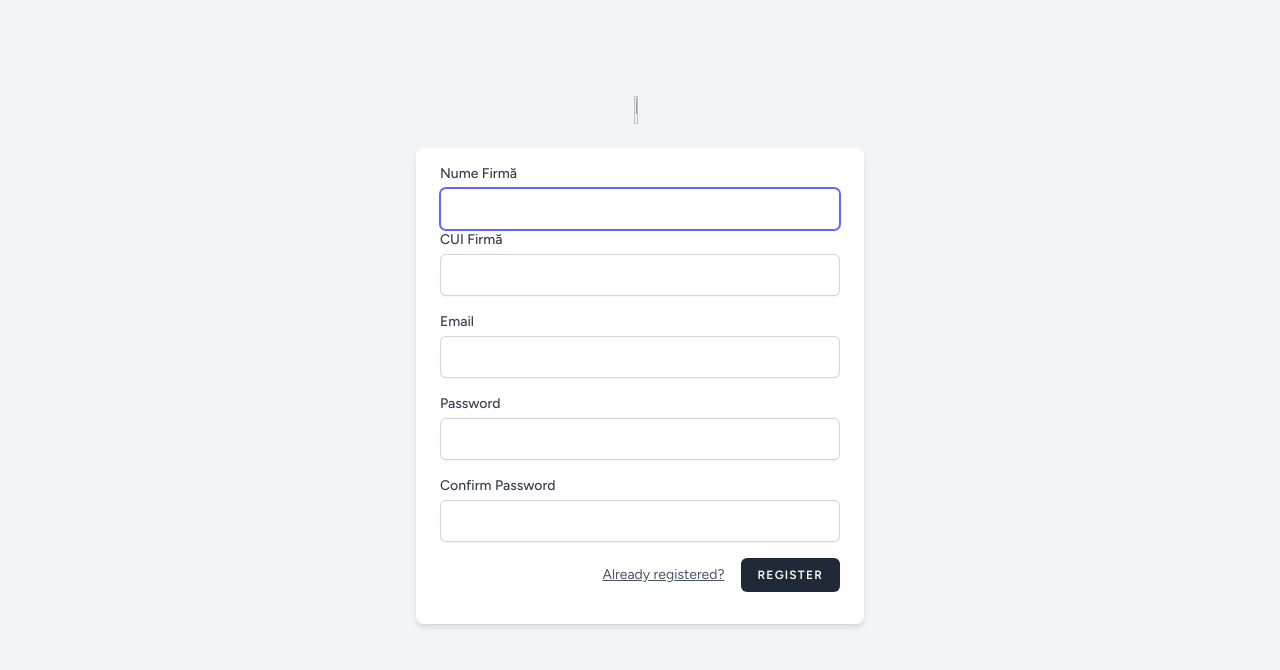
Repository: cosmin05072018/fantastic-events-manager
Page: http://localhost/register
An editor plug-in stored every save of this project. The page is shown before and after the next save, followed by the edit.
The browser window is 1280 px wide. The pictures show the whole page.
The page is served by the project's Laravel application, run on PHP 8.4 with Laravel 10. Style sheets and scripts are compiled from the project's sources, by tool versions that may differ from the author's.

Above is the page before, as saved 2024-11-03 18:00:01.

After the next save:
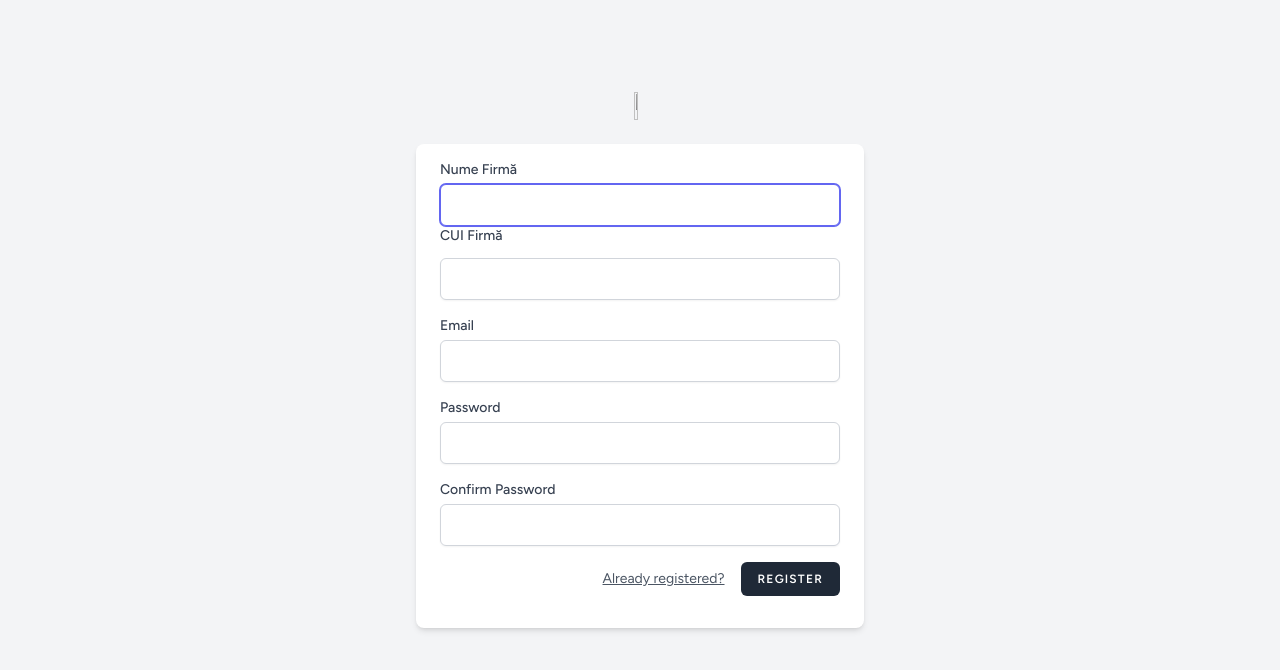
Saved 16 s later.
--- a/resources/views/auth/register.blade.php
+++ b/resources/views/auth/register.blade.php
@@ -21,7 +21,7 @@
         <!-- CUI Firmă -->
         <div>
             <x-input-label for="name" :value="__('CUI Firmă')" />
-            <x-text-input id="name" class="block mt-1 w-full" type="number" name="name" :value="old('name')" required autofocus autocomplete="name" />
+            <x-text-input id="name" class="block mt-3 w-full" type="number" name="name" :value="old('name')" required autofocus autocomplete="name" />
             <x-input-error :messages="$errors->get('name')" class="mt-2" />
         </div>
 

After the save that followed:
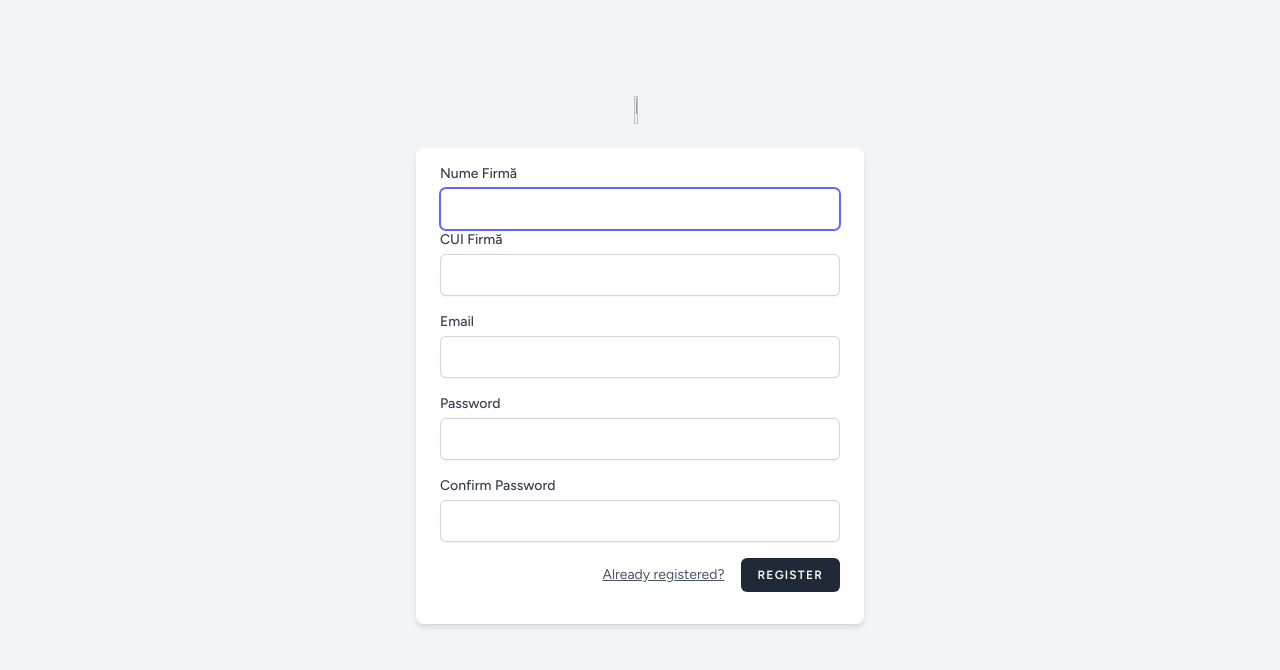
Saved 6 s later.
--- a/resources/views/auth/register.blade.php
+++ b/resources/views/auth/register.blade.php
@@ -21,7 +21,7 @@
         <!-- CUI Firmă -->
         <div>
             <x-input-label for="name" :value="__('CUI Firmă')" />
-            <x-text-input id="name" class="block mt-3 w-full" type="number" name="name" :value="old('name')" required autofocus autocomplete="name" />
+            <x-text-input id="name" class="block mt-1 w-full" type="number" name="name" :value="old('name')" required autofocus autocomplete="name" />
             <x-input-error :messages="$errors->get('name')" class="mt-2" />
         </div>
 
